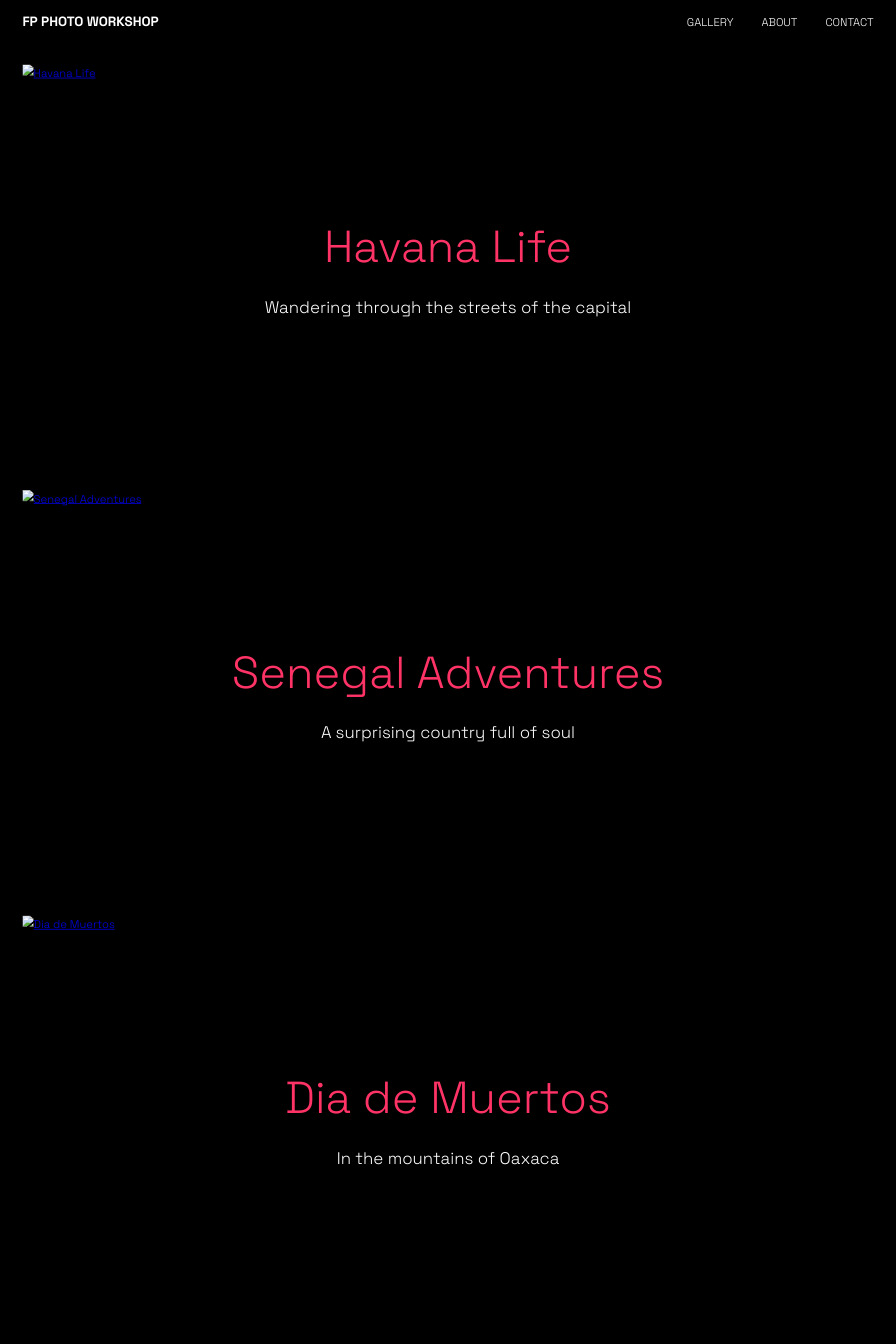
Repository: philipkdpavkia/photo-auto
Page: index.html
These files come from the project's save history. The page is drawn as it stood at one moment and after the next save; the edit follows.
The browser window is 1280 px wide. The pictures show the part of the page from y = 0 to 1920 px (the page is 4202 px tall), at 70% of full size.

Above is the page before, as saved 2024-11-14 01:02:33.
Not found: images/blog-22.jpg
Not found: images/blog-29.jpg
Not found: images/blog-33.jpg

### index.html
<!DOCTYPE html>
<html lang="it">
 <head>
  <meta charset="utf-8"/>
  <meta content="width=device-width, initial-scale=1.0" name="viewport"/>
  <title>
   FP Photo Workshop
  </title>
  <link href="https://fonts.googleapis.com/css2?family=Space+Grotesk:wght@300;700" rel="stylesheet"/>
  <style>
   :root {
            --primary: #ffffff;
            --background: #000000;
            --accent: #ff3366;
            --transition: all 0.4s ease;
        }

        * {
            margin: 0;
            padding: 0;
            box-sizing: border-box;
        }

        body {
            background: var(--background);
            color: var(--primary);
            font-family: 'Space Grotesk', sans-serif;
            line-height: 1.6;
            overflow-x: hidden;
        }

        .header {
            position: fixed;
            top: 0;
            left: 0;
            right: 0;
            padding: 1rem 2rem;
            background: var(--background);
            z-index: 1000;
        }

        .nav {
            display: flex;
            justify-content: space-between;
            align-items: center;
            max-width: 1400px;
            margin: 0 auto;
        }

        .logo {
            font-weight: 700;
            font-size: 1.2rem;
            color: var(--primary);
            text-decoration: none;
        }

        .nav-links {
            display: flex;
            gap: 2.5rem;
        }

        .nav-links a {
            color: var(--primary);
            text-decoration: none;
            font-size: 1rem;
            text-transform: uppercase;
        }
  </style>
 </head>
 <body>
  <header class="header">
   <nav class="nav">
    <a class="logo" href="#">
     FP PHOTO WORKSHOP
    </a>
    <div class="nav-links">
     <a href="#gallery">
      Gallery
     </a>
     <a href="#about">
      About
     </a>
     <a href="#contact">
      Contact
     </a>
    </div>
   </nav>
  </header>
  <main>
   <style>
    .hero {
                margin-top: 60px;
                display: flex;
                flex-direction: column;
                gap: 2rem;
                padding: 2rem;
            }

            .workshop-link {
                display: block;
                position: relative;
                width: 100%;
                height: 80vh;
                overflow: hidden;
            }

            .workshop-link img {
                width: 100%;
                height: 100%;
                object-fit: cover;
            }

            .workshop-text {
                position: absolute;
                top: 50%;
                left: 50%;
                transform: translate(-50%, -50%);
                text-align: center;
                z-index: 2;
                width: 100%;
            }

            .workshop-text h2 {
                font-size: 4rem;
                color: var(--accent);
                margin-bottom: 1rem;
                font-weight: normal;
            }

            .workshop-text p {
                font-size: 1.5rem;
                color: var(--primary);
            }

            .section-title {
                text-align: center;
                font-size: 4rem;
                padding: 4rem 0;
                font-weight: normal;
            }

            .gallery {
                display: grid;
                grid-template-columns: repeat(3, 1fr);
                gap: 1rem;
                padding: 0 1rem;
            }

            .gallery-item {
                aspect-ratio: 4/3;
                overflow: hidden;
            }

            .gallery-item img {
                width: 100%;
                height: 100%;
                object-fit: cover;
            }
   </style>
   <section class="hero">
    <a class="workshop-link" href="wdcuba.html">
     <img alt="Havana Life" src="/images/cuba/cub-15.jpg"/>
     <div class="workshop-text">
      <h2>
       Havana Life
      </h2>
      <p>
       Wandering through the streets of the capital
      </p>
     </div>
    </a>
    <a class="workshop-link" href="wdsenegal.html">
     <img alt="Senegal Adventures" src="/images/senegal/sen-21.jpg"/>
     <div class="workshop-text">
      <h2>
       Senegal Adventures
      </h2>
      <p>
       A surprising country full of soul
      </p>
     </div>
    </a>
    <a class="workshop-link" href="wdmexico.html">
     <img alt="Dia de Muertos" src="/images/mexico/mex-22.jpg"/>
     <div class="workshop-text">
      <h2>
       Dia de Muertos
      </h2>
      <p>
       In the mountains of Oaxaca
      </p>
     </div>
    </a>
   </section>
   <h1 class="section-title">
    Daily photo blog
   </h1>
   <section class="gallery">
    <div class="gallery-item">
     <img alt="Gallery Image - blog-22.jpg" src="/images/blog-22.jpg"/>
    </div>
    <div class="gallery-item">
     <img alt="Gallery Image - blog-33.jpg" src="/images/blog-33.jpg"/>
    </div>
    <div class="gallery-item">
     <img alt="Gallery Image - blog-29.jpg" src="/images/blog-29.jpg"/>
    </div>
    <div class="gallery-item">
     <img alt="Gallery Image - blog-36.jpg" src="/images/blog-36.jpg"/>
    </div>
   </section>
   <style>
    .about {
                padding: 4rem 2rem;
            }

            .about h2 {
                font-size: 2rem;
                font-weight: normal;
                margin-bottom: 2rem;
                text-transform: uppercase;
            }

            .about p {
                font-size: 1rem;
                max-width: 800px;
                margin-bottom: 1rem;
                line-height: 1.8;
            }

            .philosophy {
                margin-top: 3rem;
            }

            .philosophy h3 {
                font-size: 1.5rem;
                font-weight: normal;
                margin-bottom: 1rem;
                text-transform: uppercase;
            }

            .philosophy ul {
                list-style: none;
            }

            .philosophy li {
                font-size: 1rem;
                margin-bottom: 0.5rem;
            }

            .contact {
                padding: 4rem 2rem;
            }

            .contact h2 {
                font-size: 2rem;
                font-weight: normal;
                margin-bottom: 2rem;
                text-transform: uppercase;
            }

            .contact-section {
                margin-bottom: 2rem;
            }

            .contact-section h3 {
                font-size: 1.5rem;
                font-weight: normal;
                margin-bottom: 1rem;
                text-transform: uppercase;
            }

            .contact-section p {
                margin-bottom: 0.5rem;
            }

            .contact-section a {
                color: var(--accent);
                text-decoration: none;
            }

            .contact-section a:hover {
                text-decoration: underline;
            }
   </style>
   <section class="about" id="about">
    <h2>
     Daily Photo Blog
    </h2>
    <p>
     Ogni giorno tre scatti dei nostri allievi. Uno spazio dedicato a mostrare i risultati dei nostri workshop fotografici, dove talento e passione si incontrano per creare immagini uniche e personali.
    </p>
    <p>
     In ogni workshop insegniamo che la fotografia non è solo tecnica, ma un modo di vedere e interpretare il mondo. Questa galleria quotidiana è la testimonianza del percorso di crescita dei nostri studenti, delle loro scoperte e della loro evoluzione artistica.
    </p>
    <p>
     Questo spazio è una vetrina in continuo movimento, dove ogni giorno tre nuove fotografie raccontano le storie, le emozioni e lo sguardo unico dei nostri allievi. Un archivio vivente che documenta i risultati dei nostri workshop in giro per il mondo.
    </p>
    <p>
     Una sfida quotidiana? Certamente. Ma è attraverso la condivisione e il confronto che si cresce come fotografi e come osservatori del mondo che ci circonda.
    </p>
    <div class="philosophy">
     <h3>
      La nostra filosofia
     </h3>
     <ul>
      <li>
       Condividiamo ogni giorno tre scatti dei nostri allievi
      </li>
      <li>
       Esploriamo insieme location uniche nel mondo
      </li>
      <li>
       Sviluppiamo visione personale e tecnica
      </li>
      <li>
       Creiamo una comunità internazionale di fotografi
      </li>
     </ul>
    </div>
   </section>
   <section class="contact" id="contact">
    <h2>
     Contact
    </h2>
    <div class="contact-section">
     <h3>
      Workshop
     </h3>
     <p>
      Per informazioni sui workshop fotografici:
     </p>
     <a href="mailto:francescopaviaphotoworkshop@gmail.com">
      francescopaviaphotoworkshop@gmail.com
     </a>
    </div>
    <div class="contact-section">
     <h3>
      Lavori Fotografici
     </h3>
     <p>
      Per commissioni e progetti personali:
     </p>
     <a href="mailto:info@francescopavia.org">
      info@francescopavia.org
     </a>
    </div>
    <div class="contact-section">
     <h3>
      Telefono
     </h3>
     <p>
      Per contatti diretti:
     </p>
     <a href="tel:+393514010919">
      +39 351 401 0919
     </a>
    </div>
   </section>
  </main>
 </body>
</html>

After the next save:
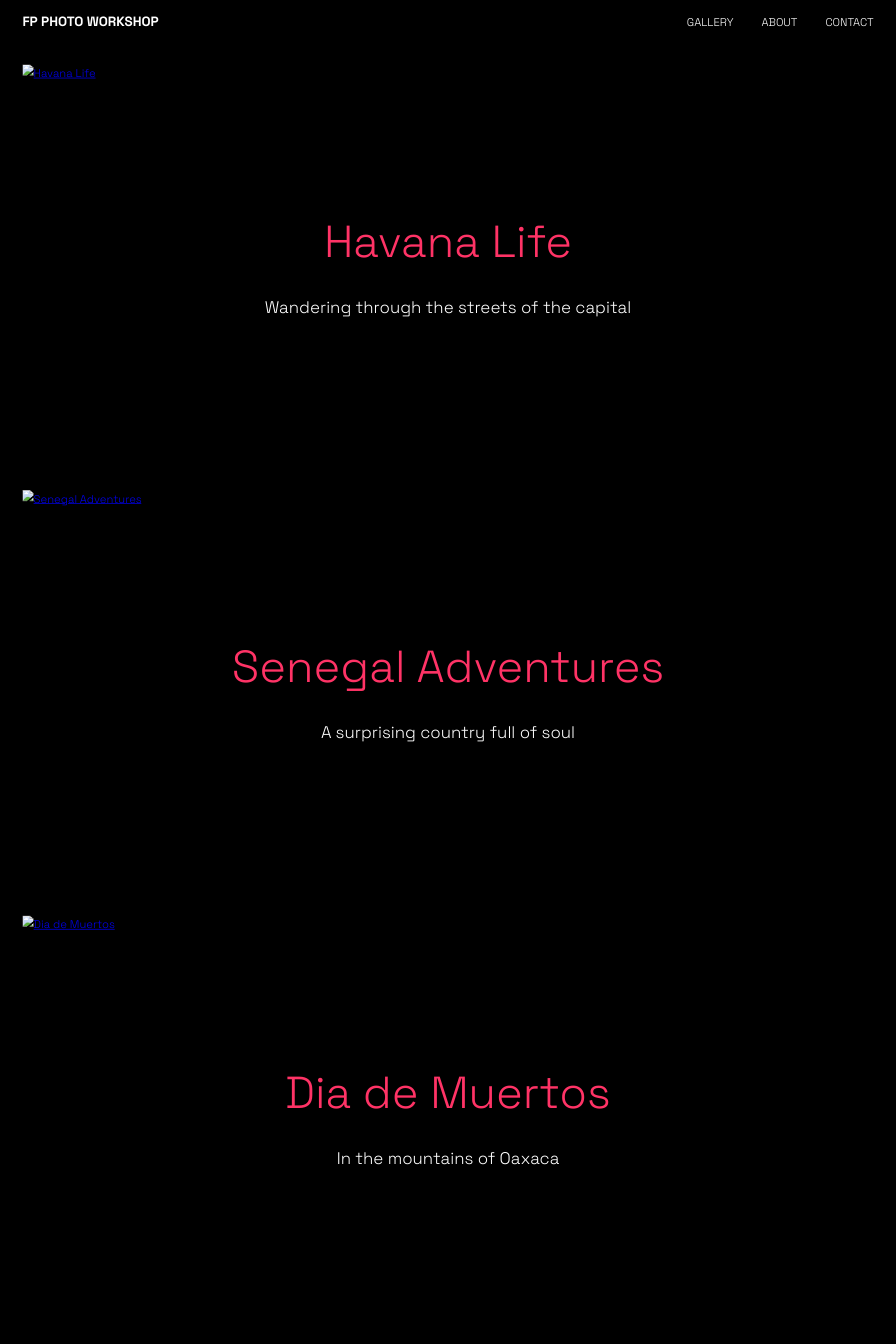
Saved 15 h 59 min later.
--- a/index.html
+++ b/index.html
@@ -130,6 +130,10 @@
             .workshop-text p {
                 font-size: 1.5rem;
                 color: var(--primary);
+                text-shadow: 2px 2px 4px rgba(0, 0, 0, 0.8);
+                background: rgba(0, 0, 0, 0.4);
+                padding: 0.5rem;
+                border-radius: 4px;
             }
 
             .section-title {
